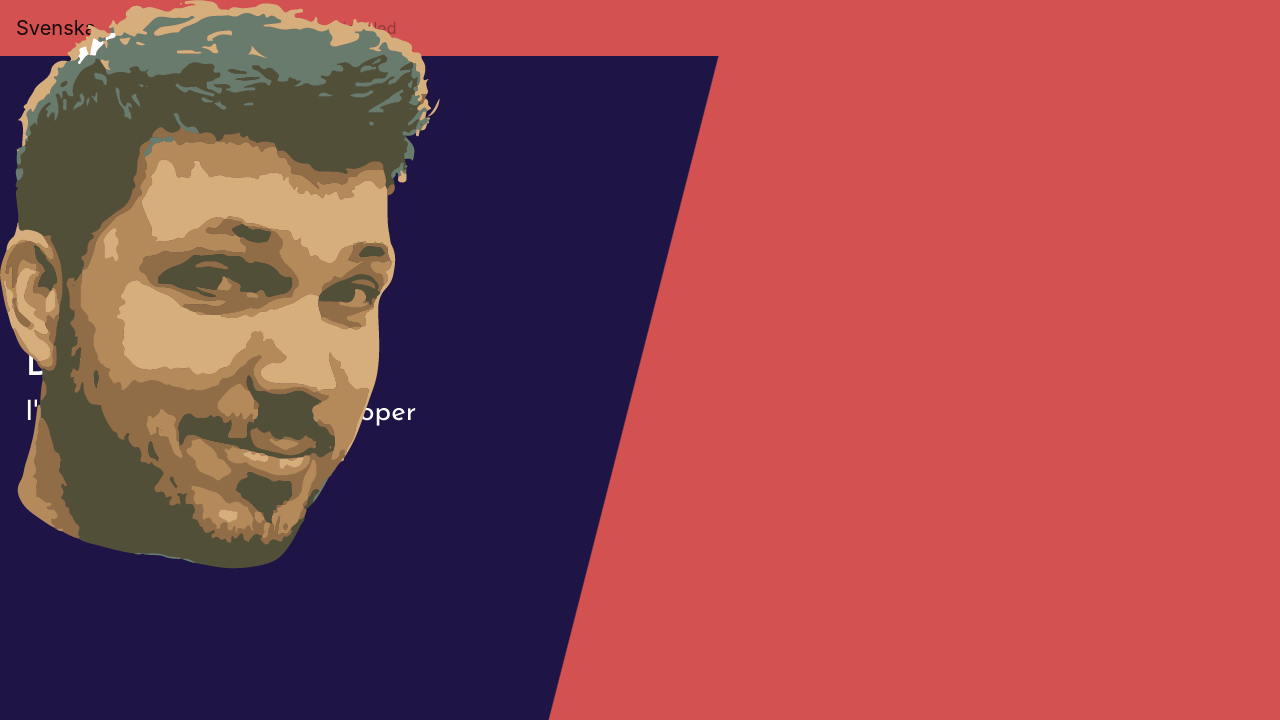
Repository: ImDino/Portfolio
Page: index.html
These files come from the project's save history. The page is drawn as it stood at one moment and after the next save; the edit follows.
The browser window is 1280 px wide. The pictures show the whole page.
Some web libraries are served in a nearby version. The style sheet was rebuilt from its Sass, Less or Tailwind sources for each picture, by a compiler version that may differ from the author's.

Above is the page before, as saved 2020-11-04 12:23:14.

After the next save:
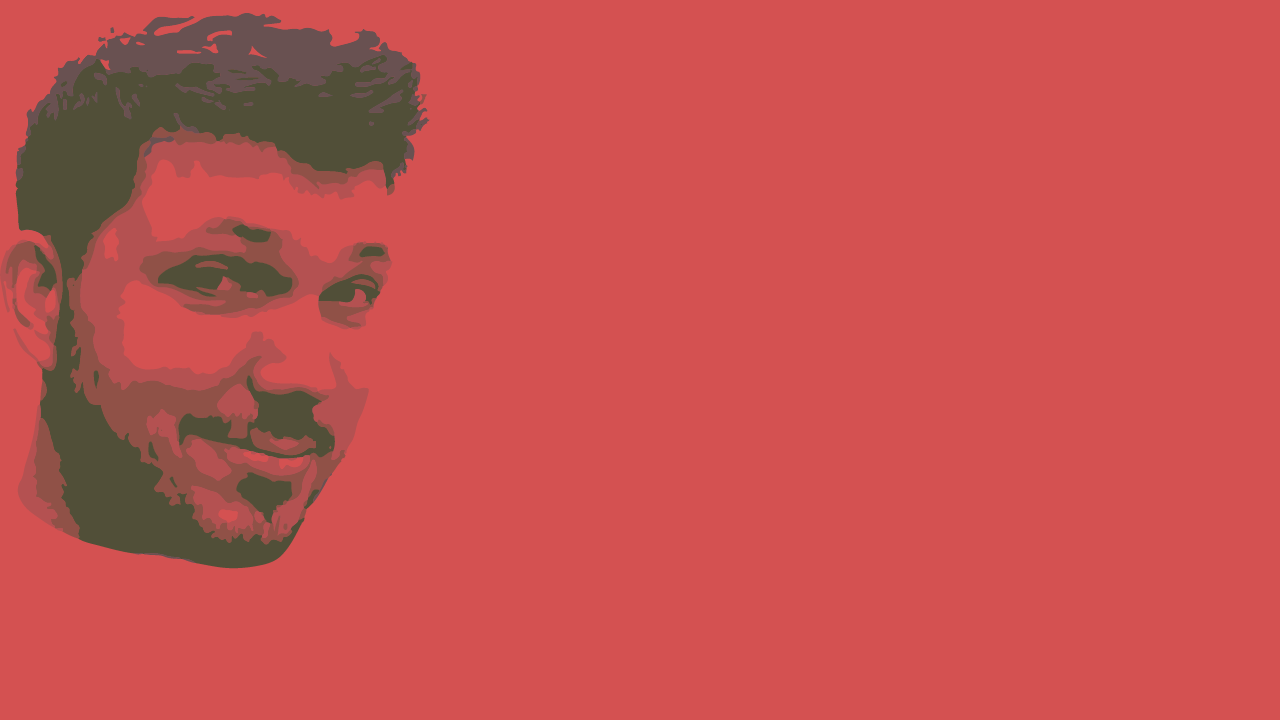
Saved 8 s later.
--- a/scss/main.scss
+++ b/scss/main.scss
@@ -41,8 +41,8 @@ body {
     left: 0;
     right: 0;
     display: grid;
+    background: url('/img/vectorFace.png') no-repeat;
     background-color: #D45151;
-    background: url('/img/vectorFace.png') no-repeat;
     // z-index: -2;
     background-blend-mode: darken;
 
